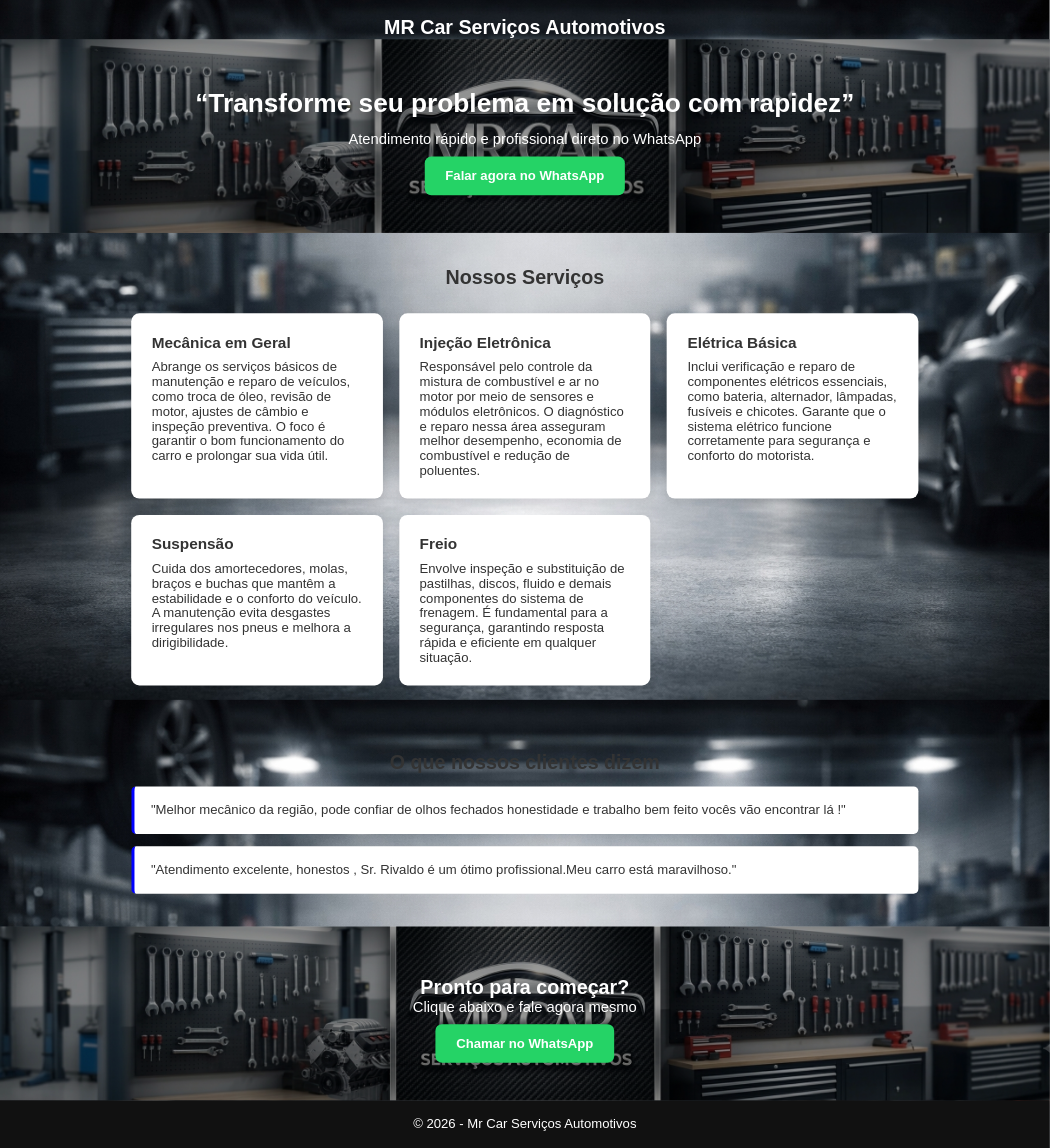
Repository: templaterj1991-Luiz/Main
Page: Template/index.html
These files come from the project's save history. The page is drawn as it stood at one moment and after the next save; the edit follows.
The browser window is 1280 px wide. The pictures show the whole page, at 82% of full size.
Backgrounds fixed to the window are drawn as part of the page.

Above is the page before, as saved 2026-06-06 13:52:09.

### Template/index.html
<!DOCTYPE html>
<html lang="pt-BR">

<head>
    <meta charset="UTF-8">
    <meta name="viewport" content="width=device-width, initial-scale=1.0">
    <title>Mr Car Serviços Automotivos</title>
    <style>
        * {
            margin: 0;
            padding: 0;
            box-sizing: border-box;
            font-family: 'Arial', sans-serif;
        }

        body {
            background-image:url(../Template/assests/image_17807634293247997762059382456069.jpeg);
            background-position: center center;
    background-repeat: no-repeat;
    background-size: cover;
    background-attachment: fixed;
    min-height: 100vh;
    color: #333;
        }

        header {
            background: transparent;
    color: #fff;
    padding: 20px 20px 0 20px; /* Ajustado o padding */
    text-align: center;
        }

        .hero {
            padding: 60px 20px;
            text-align: center;
            background-image: url(../Template/assests/Gemini_Generated_Image_hhrxh3hhrxh3hhrx.png);
            background-position: center center;
    background-repeat: no-repeat;
    background-size: cover;

    color: white;
    box-shadow: inset 0 0 0 2000px rgba(0, 0, 0, 0.4);
        }

        .hero h1 {
            font-size: 32px;
            margin-bottom: 15px;
        }

        .hero p {
            font-size: 18px;
            margin-bottom: 25px;
        }

        .btn {
            background: #25D366;
            color: white;
            padding: 15px 25px;
            border-radius: 8px;
            text-decoration: none;
            font-weight: bold;
            transition: 0.3s;
        }

        .btn:hover {
            background: #1ebe5d;
        }

        .container {
            max-width: 1000px;
            margin: auto;
            padding: 40px 20px;
        }

        .grid {
            display: grid;
            grid-template-columns: repeat(auto-fit, minmax(250px, 1fr));
            gap: 20px;
        }

        .card {
            background: white;
            padding: 25px;
            border-radius: 10px;
            box-shadow: 0 4px 10px rgba(0, 0, 0, 0.08);
        }

        .card h3 {
            margin-bottom: 10px;
        }

        .testimonial {
            background: #fff;
            padding: 20px;
            border-left: 4px solid blue;
            margin-top: 15px;
            border-radius: 6px;
        }

        footer {
            text-align: center;
            padding: 20px;
            background: #111;
            color: white;

        }
    </style>
</head>

<body>
    <header>
        <h2>MR Car Serviços Automotivos</h2>
    </header>
    <section class="hero">
        <h1>“Transforme seu problema em solução com rapidez”</h1>
        <p>Atendimento rápido e profissional direto no WhatsApp</p> <a class="btn" href="https://wa.me/5521983543090"
            target="_blank"> Falar agora no WhatsApp </a>
    </section>
    <section class="container">
        <h2 style="text-align:center; margin-bottom:30px;">Nossos Serviços</h2>
        <div class="grid">
            <div class="card">
                <h3>Mecânica em Geral</h3>
                <p>Abrange os serviços básicos de manutenção e reparo de veículos, como troca de óleo, revisão de motor, ajustes de câmbio e inspeção preventiva. O foco é garantir o bom funcionamento do carro e prolongar sua vida útil.</p>
            </div>
            <div class="card">
                <h3>Injeção Eletrônica </h3>
                <p>Responsável pelo controle da mistura de combustível e ar no motor por meio de sensores e módulos eletrônicos. O diagnóstico e reparo nessa área asseguram melhor desempenho, economia de combustível e redução de poluentes.</p>
            </div>
            <div class="card">
                <h3>Elétrica Básica</h3>
                <p>Inclui verificação e reparo de componentes elétricos essenciais, como bateria, alternador, lâmpadas, fusíveis e chicotes. Garante que o sistema elétrico funcione corretamente para segurança e conforto do motorista.</p>
            </div>
             <div class="card">
                <h3>Suspensão</h3>
                <p>Cuida dos amortecedores, molas, braços e buchas que mantêm a estabilidade e o conforto do veículo. A manutenção evita desgastes irregulares nos pneus e melhora a dirigibilidade.</p>
            </div>
             <div class="card">
                <h3>Freio</h3>
                <p>Envolve inspeção e substituição de pastilhas, discos, fluido e demais componentes do sistema de frenagem. É fundamental para a segurança, garantindo resposta rápida e eficiente em qualquer situação.</p>
            </div>
        </div>
    </section>
    <section class="container">
        <h2 style="text-align:center;">O que nossos clientes dizem</h2>
        <div class="testimonial"> "Melhor mecânico da região, pode confiar de olhos fechados honestidade e trabalho bem feito vocês vão encontrar lá !" </div>
        <div class="testimonial"> "Atendimento excelente, honestos , Sr. Rivaldo é um ótimo profissional.Meu carro está maravilhoso." </div>
    </section>
    <section class="hero">
        <h2>Pronto para começar?</h2>
        <p>Clique abaixo e fale agora mesmo</p> <a class="btn" href="https://wa.me/5521983543090" target="_blank"> Chamar no
            WhatsApp </a>
    </section>
    <footer>
        <p>© 2026 - Mr Car Serviços Automotivos</p>
    </footer>
</body>

</html>

After the next save:
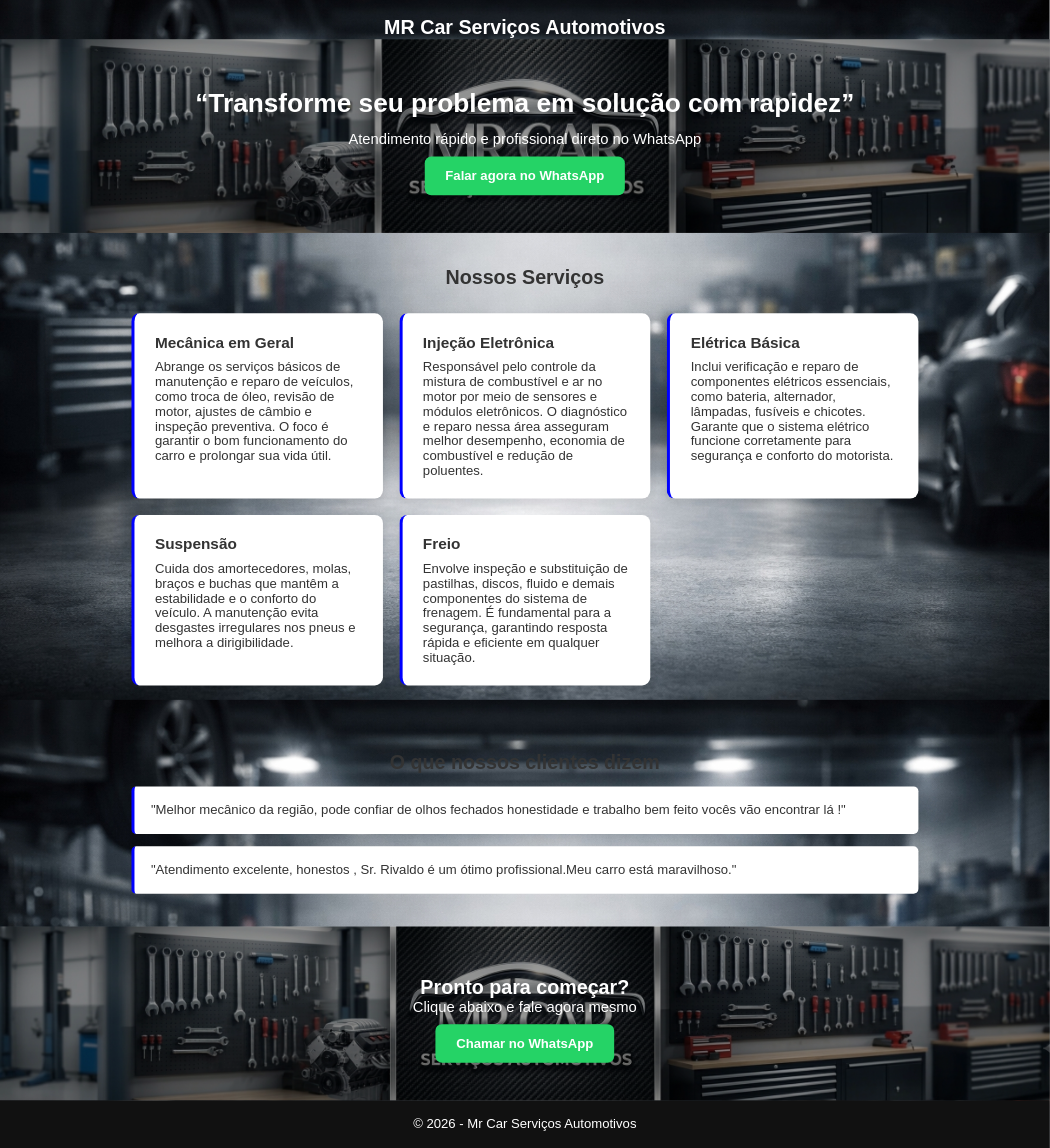
Saved 41 s later.
--- a/Template/index.html
+++ b/Template/index.html
@@ -83,6 +83,7 @@
             padding: 25px;
             border-radius: 10px;
             box-shadow: 0 4px 10px rgba(0, 0, 0, 0.08);
+            border-left: 4px solid blue;
         }
 
         .card h3 {
